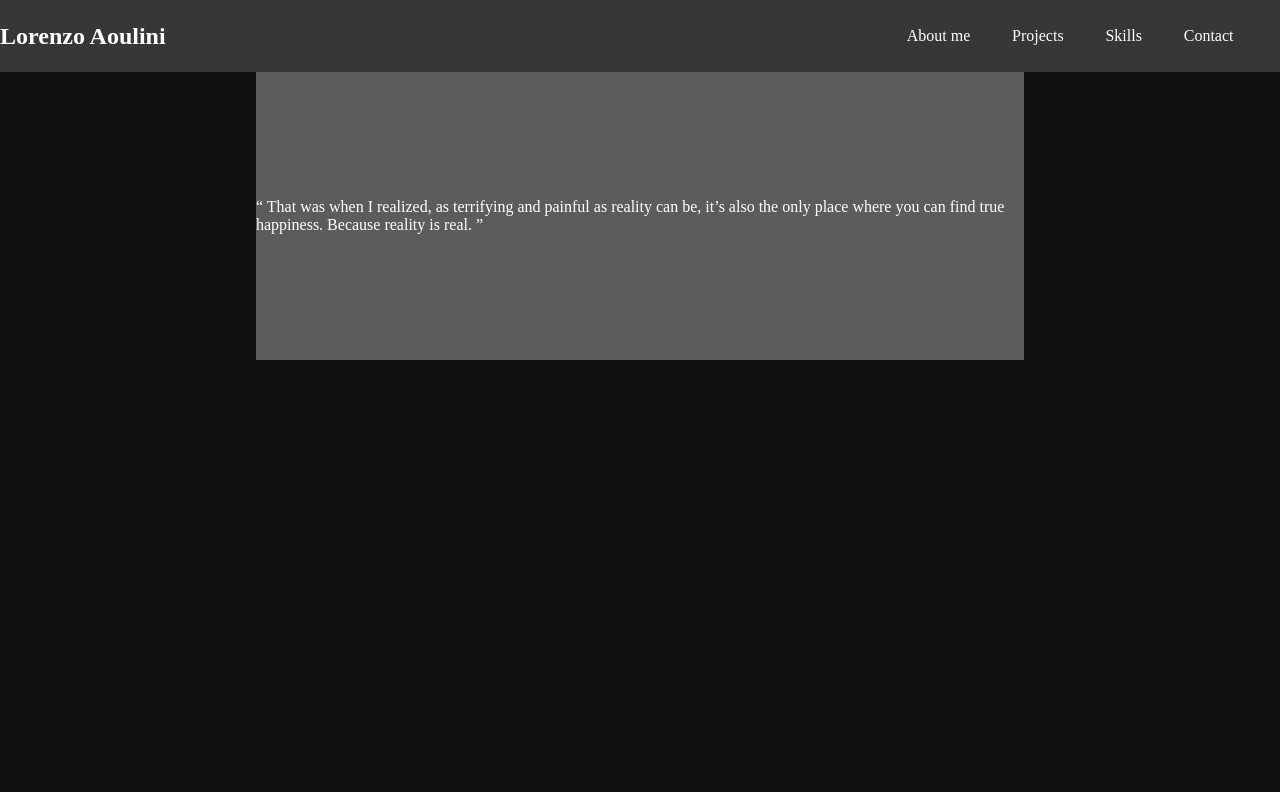
Repository: lolo298/lolo298.github.io
Page: index.html
An editor plug-in stored every save of this project. The page is shown before and after the next save, followed by the edit.
The browser window is 1280 px wide. The pictures show the whole page.

Above is the page before, as saved 2022-05-10 13:22:52.

### index.html
<!DOCTYPE html>
<html lang="en">

<head>
    <meta charset="UTF-8">
    <meta http-equiv="X-UA-Compatible" content="IE=edge">
    <meta name="viewport" content="width=device-width, initial-scale=1.0">
    <link rel="stylesheet" href="css/style.css">
    <script src="js/functions.js"></script>
    <title>Portfolio</title>
</head>

<body>
    <div class="main-container">
        <nav class="main-navbar">
            <h1>Lorenzo Aoulini</h1>
            <div class="main-navbar-list">
                <a class="main-navbar-item" href="#">
                    <div>Contact</div>
                </a>
                <a class="main-navbar-item" href="#">
                    <div>Skills</div>
                </a>
                <a class="main-navbar-item" href="#">
                    <div>Projects</div>
                </a>
                <a class="main-navbar-item" href="#">
                    <div>About me</div>
                </a>
            </div>

        </nav>
        <div class="landing">
            <div class="quote-container">
                <div class="quote-text">
                    <q>
                    That was when I realized, as terrifying and painful as reality can be, it’s also the only place where you can find true happiness. Because reality is real.
                </q>
                </div>
            </div>
        </div>
    </div>

</body>

</html>

### css/style.css
    html {
        background-color: #111111;
    }

    body {
        padding: 0;
        margin: 0;
        width: 100vw;
        height: 100vh;
    }
    /* styling of navbar */

    .main-container {
        color: white;
        height: 100%;
        width: 100%;
    }

    .main-navbar {
        background-color: #373737;
        height: 10%;
        width: 100%;
        display: flex;
        justify-content: space-between;
        align-items: center;
    }

    .main-navbar>* {
        margin: 0;
    }

    .main-navbar>h1 {
        width: 20%;
    }

    .main-navbar-list {
        width: 100%;
        display: flex;
        flex-direction: row-reverse;
        align-items: center;
        list-style: none;
        margin-right: 2%;
        height: 100%;
    }

    .main-navbar-item {
        display: flex;
        align-items: center;
        justify-content: center;
        text-decoration: none;
        color: white;
        width: max-content;
        height: 100%;
        padding: 0% 2% 0% 2%;
    }

    .main-navbar-item:hover {
        background-color: #6A6A6A;
    }

    .main-navbar-item>div {
        width: max-content;
    }
    /* styling of landing page */

    .landing {
        height: 100%;
        width: 100%;
    }
    /* styling of quote */

    .quote-container {
        width: 60%;
        height: 40%;
        margin: 0 auto;
        display: flex;
        justify-content: center;
        align-items: center;
        flex-direction: column;
        background-color: rgba(196, 196, 196, 0.42);
    }

Loaded but not shown: js/functions.js (no copy from this time; the picture is the same without it)

After the next save:
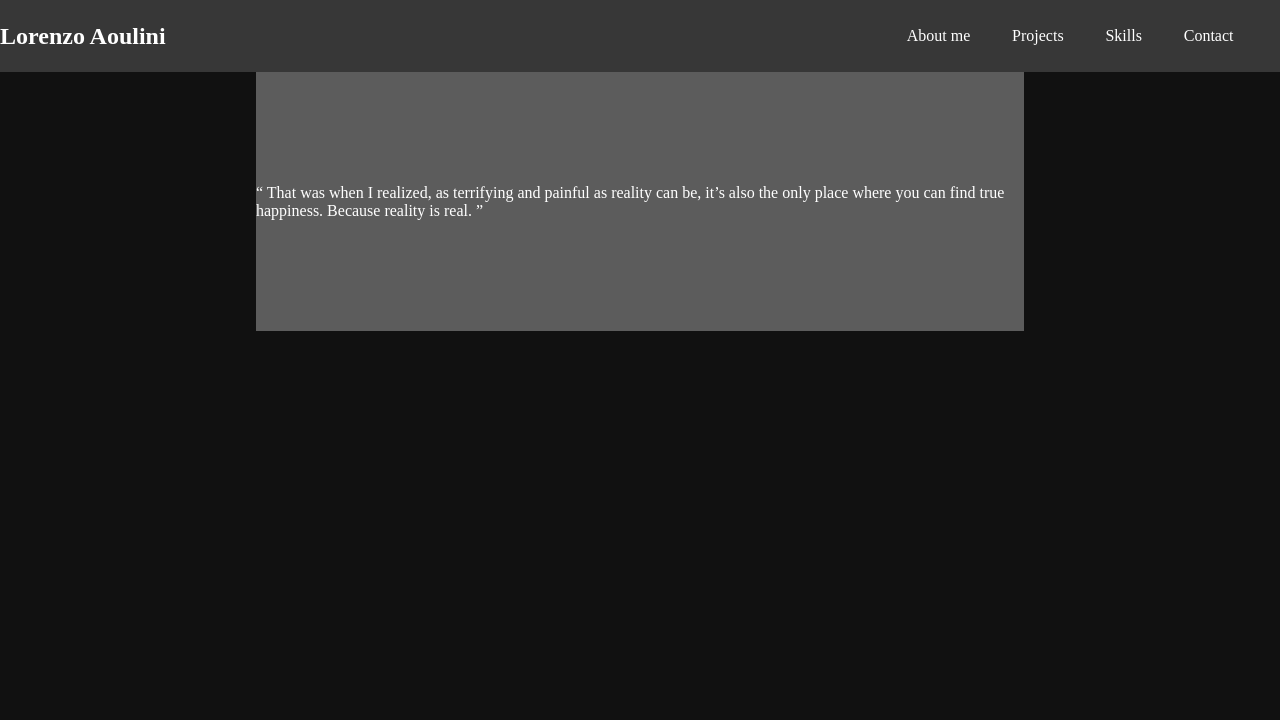
Saved 44 s later.
--- a/css/style.css
+++ b/css/style.css
@@ -64,7 +64,7 @@
     /* styling of landing page */
 
     .landing {
-        height: 100%;
+        height: 90%;
         width: 100%;
     }
     /* styling of quote */
